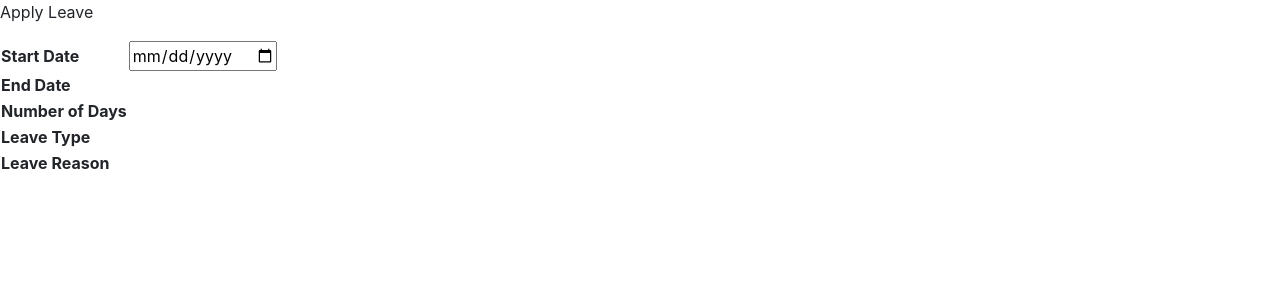
Repository: rkmr039/EMS_PROJECT
Page: http://localhost/EMS/ApplyLeaves.jsp
The author's editor kept a copy of each file at every save. The page is drawn from the files as they stood at one save, then again after the next save.
The browser window is 1280 px wide. The pictures show the whole page.
The page is served by Tomcat 9. Other server files are loaded and not shown.

Above is the page before, as saved 2019-08-27 05:59:09.
Console error: TypeError: Cannot read properties of undefined (reading 'fn')

### EMS/WebContent/ApplyLeaves.jsp
<%@ page language="java" contentType="text/html; charset=ISO-8859-1"
    pageEncoding="ISO-8859-1"%>
<!DOCTYPE html PUBLIC "-//W3C//DTD HTML 4.01 Transitional//EN" "http://www.w3.org/TR/html4/loose.dtd">
<html>
<head>
<link rel="stylesheet" href="https://stackpath.bootstrapcdn.com/bootstrap/4.3.1/css/bootstrap.min.css" integrity="sha384-ggOyR0iXCbMQv3Xipma34MD+dH/1fQ784/j6cY/iJTQUOhcWr7x9JvoRxT2MZw1T" crossorigin="anonymous">
<script src="https://stackpath.bootstrapcdn.com/bootstrap/4.3.1/js/bootstrap.min.js" integrity="sha384-JjSmVgyd0p3pXB1rRibZUAYoIIy6OrQ6VrjIEaFf/nJGzIxFDsf4x0xIM+B07jRM" crossorigin="anonymous"></script>

<meta http-equiv="Content-Type" content="text/html; charset=ISO-8859-1">
<title>Apply leave | EMS</title>
</head>
<body>
	<p id="page">Apply Leave</p>

	<table>
		<tr>
			<th>Start Date</th>
			<td ><input data-provide="datepicker" type="date" name="startDate"/></td>
		</tr>
		<tr>
			<th>End Date</th>
			<td></td>
		</tr>
		<tr>
			<th>Number of Days</th>
			<td></td>
		</tr>
		<tr>
			<th>Leave Type</th>
			<td></td>
		</tr>
		<tr>
			<th>Leave Reason</th>
			<td></td>
		</tr>
		<tr>
			<td></td>
			<td></td>
		</tr>
	</table>


<script src="https://code.jquery.com/jquery-3.3.1.slim.min.js" integrity="sha384-q8i/X+965DzO0rT7abK41JStQIAqVgRVzpbzo5smXKp4YfRvH+8abtTE1Pi6jizo" crossorigin="anonymous"></script>
<script src="https://cdnjs.cloudflare.com/ajax/libs/popper.js/1.14.7/umd/popper.min.js" integrity="sha384-UO2eT0CpHqdSJQ6hJty5KVphtPhzWj9WO1clHTMGa3JDZwrnQq4sF86dIHNDz0W1" crossorigin="anonymous"></script>

</body>
</html>

After the next save:
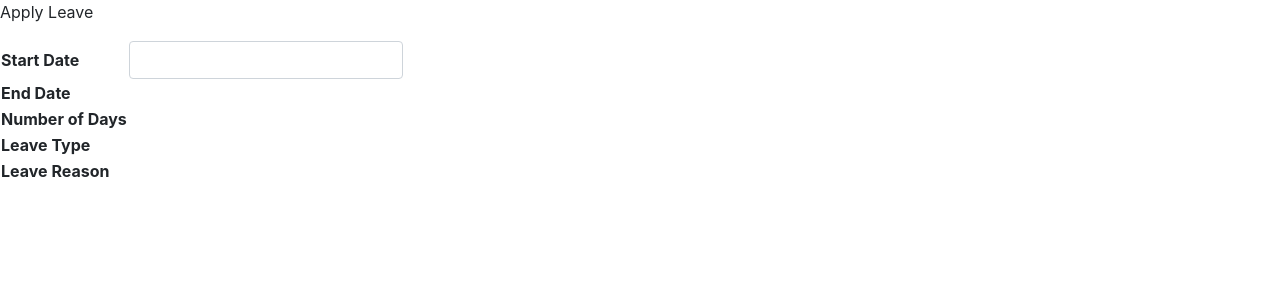
Saved 41 s later.
--- a/EMS/WebContent/ApplyLeaves.jsp
+++ b/EMS/WebContent/ApplyLeaves.jsp
@@ -15,7 +15,10 @@
 	<table>
 		<tr>
 			<th>Start Date</th>
-			<td ><input data-provide="datepicker" type="date" name="startDate"/></td>
+			<td ><input type='text' class="form-control" />
+                    <span class="input-group-addon">
+                        <span class="glyphicon glyphicon-calendar"></span>
+                    </span></td>
 		</tr>
 		<tr>
 			<th>End Date</th>
